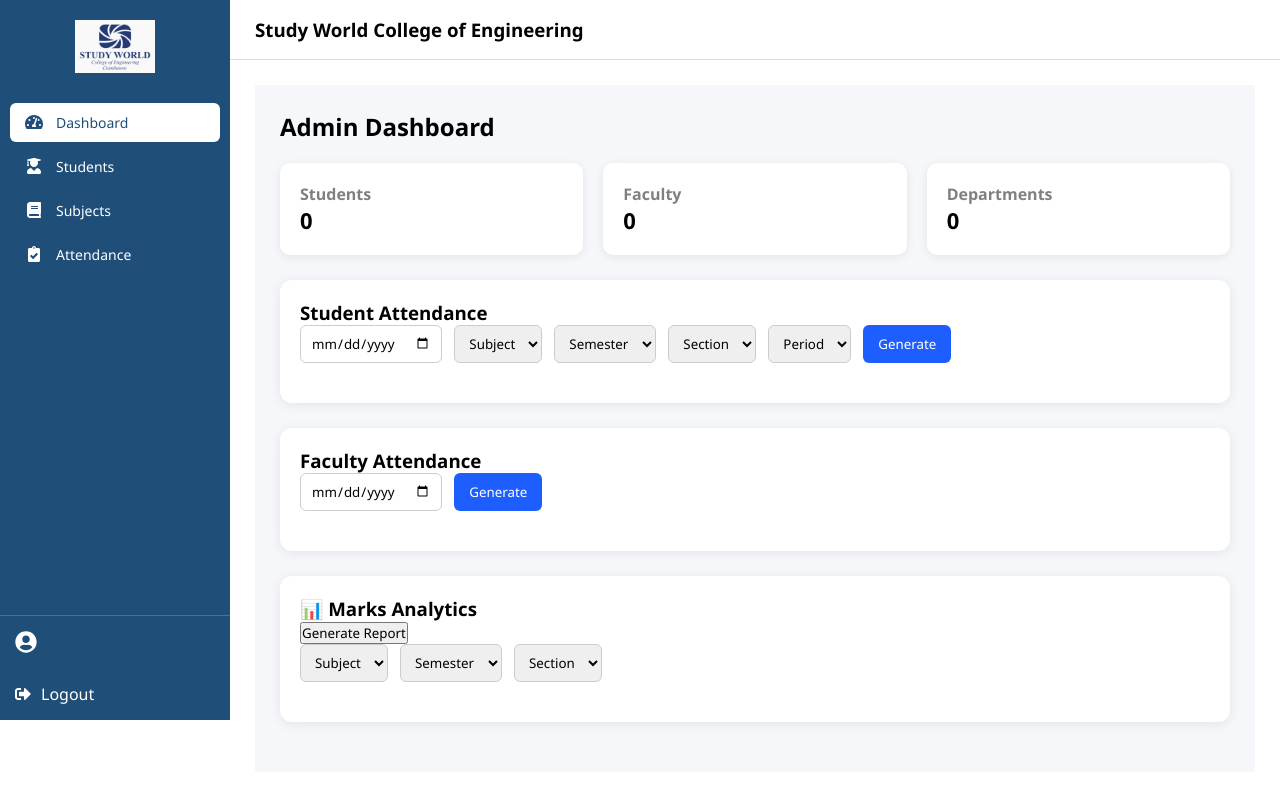
Repository: arthanarieswara/frontend
Page: /dashboard
An editor plug-in stored every save of this project. The page is shown before and after the next save, followed by the edit.
The browser window is 1280 px wide. The pictures show the whole page.
The page's requests for data from a server got no answer. The project was rebuilt for these pictures with package versions that can differ from the ones it lists, and the page was loaded fresh each time. No one was signed in, and anything a server would have sent is missing. Also part of the build but not shown: vite.config.js, src/pages/auth/Login.jsx, src/pages/departments/Departments.css, src/pages/departments/Departments.jsx, src/pages/students/Students.css, src/pages/students/Students.jsx, src/pages/faculty/Faculty.css, src/pages/faculty/Faculty.jsx and 11 more.

Above is the page before, as saved 2026-04-08 17:13:23.

After the next save:
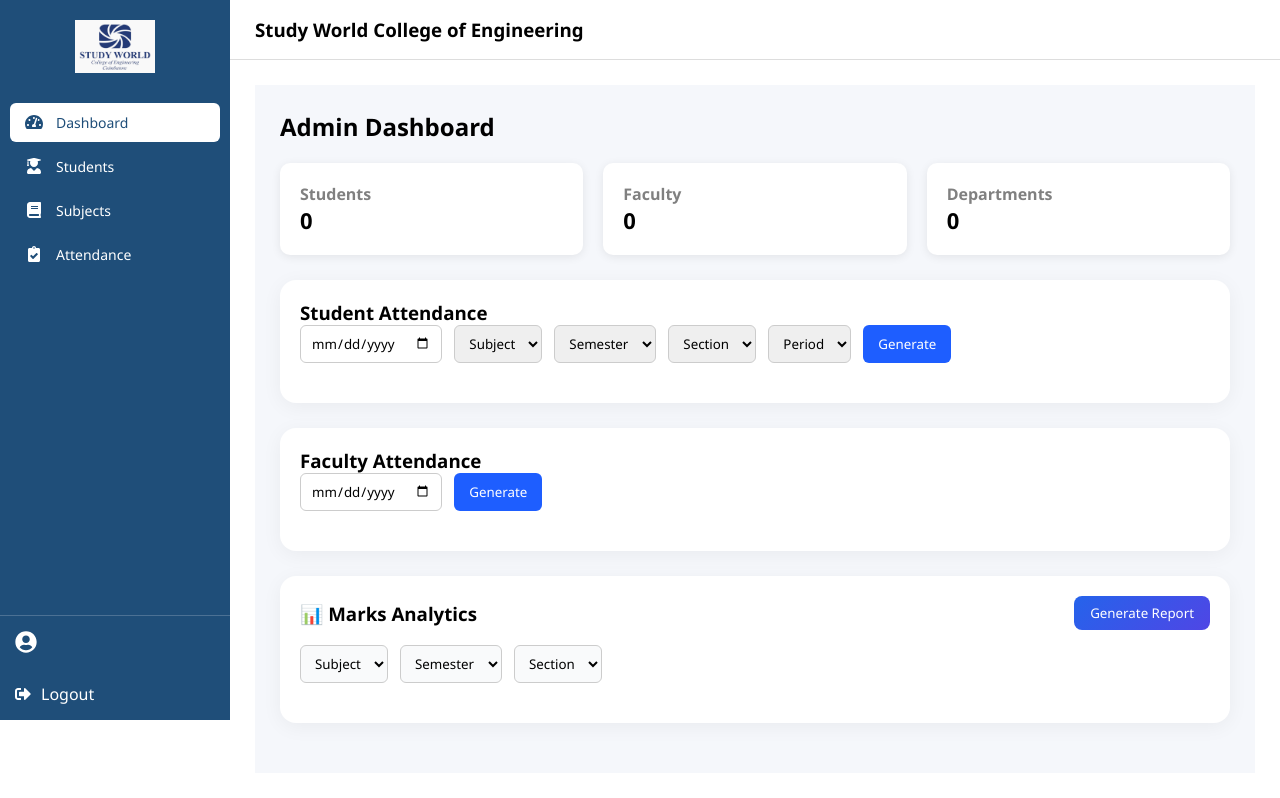
Saved 27 s later.
--- a/src/pages/dashboard/Dashboard.css
+++ b/src/pages/dashboard/Dashboard.css
@@ -101,3 +101,89 @@
   background: #1e5eff;
   color: white;
 }
+
+/* ===== GENERAL ===== */
+.section-card {
+  background: #ffffff;
+  padding: 20px;
+  border-radius: 16px;
+  margin-top: 20px;
+  box-shadow: 0 4px 20px rgba(0,0,0,0.05);
+}
+
+/* ===== HEADER ===== */
+.section-header {
+  display: flex;
+  justify-content: space-between;
+  align-items: center;
+  margin-bottom: 15px;
+}
+
+.primary-btn {
+  background: linear-gradient(135deg, #2563eb, #4f46e5);
+  color: white;
+  border: none;
+  padding: 8px 16px;
+  border-radius: 8px;
+  cursor: pointer;
+}
+
+/* ===== FILTERS ===== */
+.modern-filters {
+  display: flex;
+  gap: 12px;
+  margin-bottom: 20px;
+}
+
+.modern-filters select {
+  padding: 10px;
+  border-radius: 8px;
+  border: 1px solid #ddd;
+  background: #f9fafb;
+}
+
+/* ===== GRID ===== */
+.marks-grid {
+  display: grid;
+  grid-template-columns: repeat(auto-fit, minmax(160px, 1fr));
+  gap: 15px;
+}
+
+/* ===== CARDS ===== */
+.card {
+  padding: 18px;
+  border-radius: 12px;
+  text-align: center;
+  font-weight: 500;
+}
+
+/* COLORS */
+.stat {
+  background: #f1f5f9;
+}
+
+.total {
+  background: linear-gradient(135deg, #2563eb, #3b82f6);
+  color: white;
+}
+
+.pass {
+  background: #dcfce7;
+  color: #166534;
+}
+
+.fail {
+  background: #fee2e2;
+  color: #991b1b;
+}
+
+/* TEXT */
+.card h4 {
+  margin-bottom: 8px;
+  font-size: 14px;
+}
+
+.card p {
+  font-size: 20px;
+  font-weight: bold;
+}
